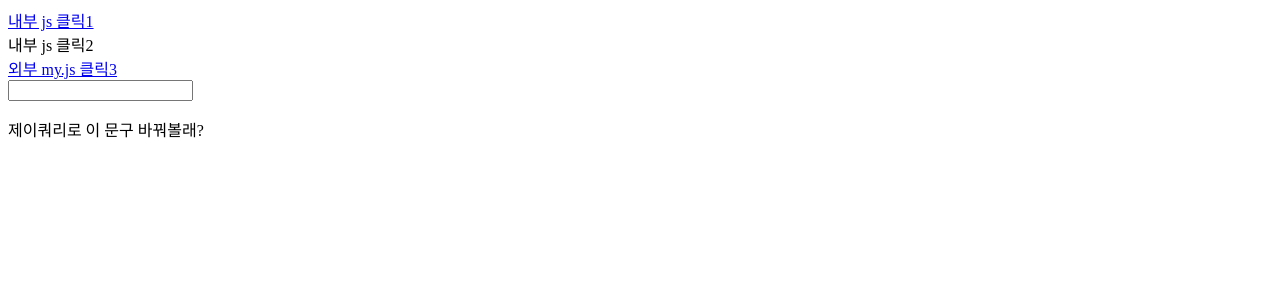
Repository: wonsungjin/Kosta
Page: http://localhost/web_prj/lec_script.jsp
These files come from the project's save history. The page is drawn as it stood at one moment and after the next save; the edit follows.
The browser window is 1280 px wide. The pictures show the whole page.
The page is served by Tomcat 9. Other server files are loaded and not shown.

Above is the page before, as saved 2024-05-24 05:13:28.

### web_prj/src/main/webapp/lec_script.jsp
<%@ page language="java" contentType="text/html; charset=UTF-8"
    pageEncoding="UTF-8"%>
<!DOCTYPE html>
<html>

<head>

    <!-- 자바스크립트의 임포트는 다음과 같다 -->
    <script src="js/scripts.js"></script>
    <!-- <script src="webapp/js/scripts.js"></script> 도 가능 -->


    <script src="https://code.jquery.com/jquery-3.7.1.js"></script>

    <!-- my.js 메서드 임포트 -->
    <script src="js/my.js"></script>



    <meta charset="UTF-8">
    <title>Insert title here</title>

    <script>

    //public int myprint(int a, int b){sys...}
    function myprint(a,b){ //호출 -> 바디부에서
        alert(a+b);
        console.log(a+b);
    }
    </script>



    <!-- 제이쿼리($) 시작 -->
    <script>
    //$(document).ready(function() { //document.ready는 생략가능

    //});


    $(function() { //document.ready를 이렇게 생략해서 써도 된다.
        $("p").text="이렇게 바꿨어";
    });



    </script>


</head>
<body>

    <!--
    myprint를 호출할때 자바에서는
    lec_script ls = new lec_script();
    ls.myprint(5,3);
     -->

    <!--이렇게 호출해도되고-->
    <a href="#" onClick="myprint(5,3)">내부 js 클릭1</a>


    <!--이렇게 호출해도된다 -->
    <div onClick="myprint(5,3)">내부 js 클릭2</div>


    <!-- my.js의 메서드 -> 그러나 임포트해야지 -->
    <a href="#" onClick="myjsPrint()">외부 my.js 클릭3</a>


    <!-- form태그 요서 제어 -> form태그에 name값이 들어가야 한다. -->
    <form name="loginForm">
        <input type="hidden" name="seq" id="seq">
        <input type="text" name="uname" id="uname">
    </form>




    <p>제이쿼리로 이 문구 바꿔볼래?</p>










</body>
</html>

### web_prj/src/main/webapp/js/scripts.js
/*!
    * Start Bootstrap - SB Admin v7.0.7 (https://startbootstrap.com/template/sb-admin)
    * Copyright 2013-2023 Start Bootstrap
    * Licensed under MIT (https://github.com/StartBootstrap/startbootstrap-sb-admin/blob/master/LICENSE)
    */
    //
// Scripts
//

window.addEventListener('DOMContentLoaded', event => {

    // Toggle the side navigation
    const sidebarToggle = document.body.querySelector('#sidebarToggle');
    if (sidebarToggle) {
        // Uncomment Below to persist sidebar toggle between refreshes
        // if (localStorage.getItem('sb|sidebar-toggle') === 'true') {
        //     document.body.classList.toggle('sb-sidenav-toggled');
        // }
        sidebarToggle.addEventListener('click', event => {
            event.preventDefault();
            document.body.classList.toggle('sb-sidenav-toggled');
            localStorage.setItem('sb|sidebar-toggle', document.body.classList.contains('sb-sidenav-toggled'));
        });
    }

});

### web_prj/src/main/webapp/js/my.js
/**
 * my last test.
 */
function myjsPrint()
{
	console.log("my test");
}

Loaded but not shown: web_prj/src/main/webapp/css/styles.css (library)

After the next save:
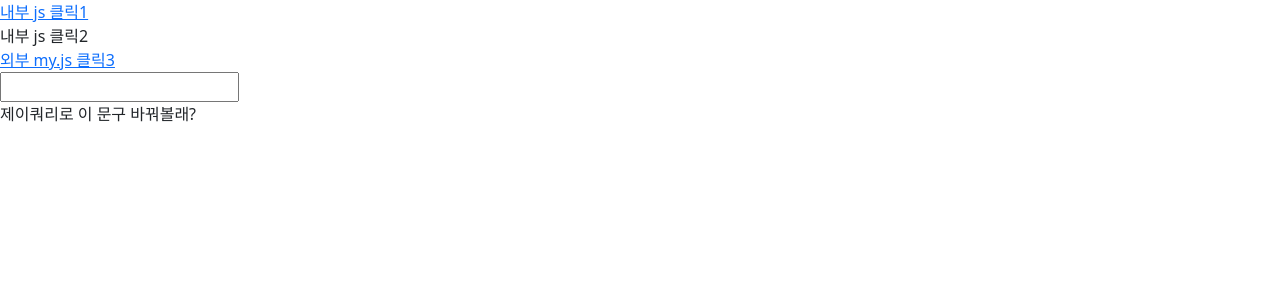
Saved 9 min 0 s later.
--- a/web_prj/src/main/webapp/lec_script.jsp
+++ b/web_prj/src/main/webapp/lec_script.jsp
@@ -9,7 +9,7 @@
     <script src="js/scripts.js"></script>
     <!-- <script src="webapp/js/scripts.js"></script> 도 가능 -->
 
-
+	<link href="css/styles.css" rel="stylesheet" />
     <script src="https://code.jquery.com/jquery-3.7.1.js"></script>
 
     <!-- my.js 메서드 임포트 -->
